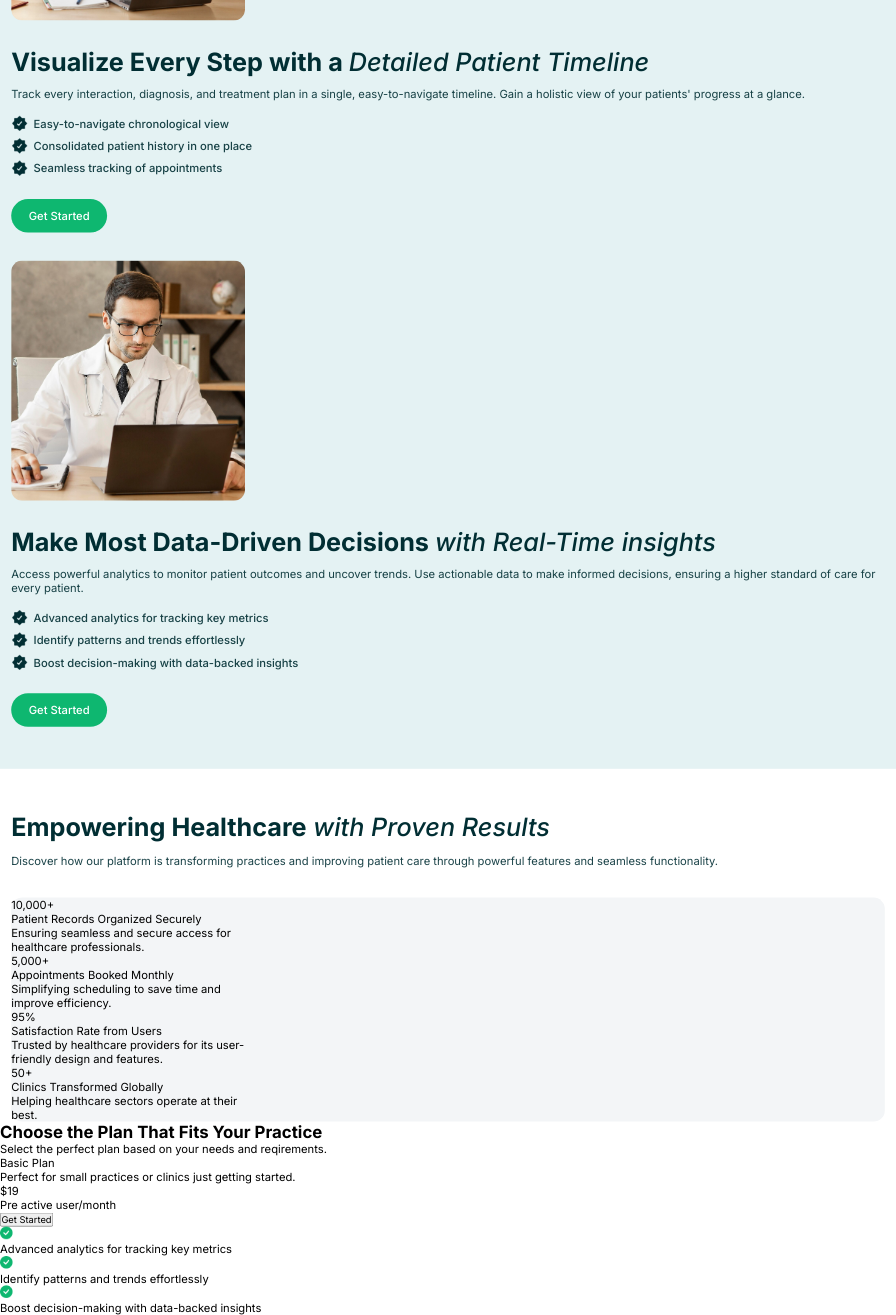
Repository: DiegoWWeege/recuperacao-prova-front-end
Page: index.html
An editor plug-in stored every save of this project. The page is shown before and after the next save, followed by the edit.
The browser window is 1280 px wide. The pictures show the part of the page from y = 1906 to 3826 px (the page is 3784 px tall before and 3826 px after), at 70% of full size.

Above is the page before, as saved 2026-06-22 19:06:52.

### index.html
<!DOCTYPE html>
<html lang="pt-br">
<head>
    <meta charset="UTF-8">
    <meta name="viewport" content="width=device-width, initial-scale=1.0">
    <title>ERTIFY HEALTH</title>
    <link rel="stylesheet" href="style.css">
</head>
<body>

    <!--Cabeçalho da Lading Page-->

    <header>
        <img src="images/logo.png" alt="Ertify Health logo">

        <section>
        <button aria-label = "Get Started" class = "get-started-button">Get Started</button>

            <img src="icons/burguer-menu.png" alt="Burguer menu">
        </section>
    </header>

    <!--Conteúdo principal da Lading Page-->
    <main class = "hero-section">

        <section>
            <h1>Simple & Secure Patient <span>Management</span></h1>
            <!-- Foi dado um espaço na palavra &amp, pois quando junta apresentava erro no html!-->
            <p>CERTIFY’s platform automates intake & amp; check-in processes
            so you can put the focus back on delivering quality care.</p>
        </section>

        <section id = "buttons-section">
            <button  aria-label = "Get Started" class = "get-started-button">Get Started</button>
            <button aria-label = "Play demo" class = "play-demo-button">Play Demo</button>
        </section>

        <img src="images/three-doctors.png" alt="Three doctors">
    </main>



    <section class = "section-patient-journey">
        <h2>Get a Proper Visualisation on <span>Patient Jouney</span></h2>

        <p>Understand and  manage your patients' healthcare journeys with
            clarity and precision. Our platform offers tools that provide
            actionable insights at every stage.</p>


        <section class = "image-text-benefits">

            <img src="images/doctor-xray.png" alt="A doctor sitting in his desk looking at an x-ray">

            <h2>Visualize Every Step with a <span>Detailed Patient Timeline</span></h2>

            <p>Track every interaction, diagnosis, and treatment
                plan in a single, easy-to-navigate
                timeline. Gain a holistic view of your patients'
                progress at a glance.</p>

            <section class = "benefits-grid">

                <img src="icons/checkmark-badge-02.png" alt="">
                <p class = "benefit">Easy-to-navigate chronological view</p>

                <img src="icons/checkmark-badge-02.png" alt="">
                <p class = "benefit">Consolidated patient history in one place</p>

                <img src="icons/checkmark-badge-02.png" alt="">
                <p class = "benefit">Seamless tracking of appointments</p>

            </section>

            <button  aria-label = "Get Started" class = "get-started-button">Get Started</button>

        </section>

        <section class = "image-text-benefits">

            <img src="images/doctor-laptop.png" alt="A doctor sitting in his desk looking at an x-ray">

            <h2>Make Most Data-Driven Decisions <span>with Real-Time insights</span></h2>

            <p>Access powerful analytics to monitor patient outcomes
                and uncover trends. Use actionable data
                 to make informed decisions, ensuring a higher standard
                 of care for every patient.</p>

            <section class = "benefits-grid">

                <img src="icons/checkmark-badge-02.png" alt="">
                <p class = "benefit">Advanced analytics for tracking key metrics</p>

                <img src="icons/checkmark-badge-02.png" alt="">
                <p class = "benefit">Identify patterns and trends effortlessly</p>

                <img src="icons/checkmark-badge-02.png" alt="">
                <p class = "benefit">Boost decision-making with data-backed insights</p>

            </section>

            <button  aria-label = "Get Started" class = "get-started-button">Get Started</button>

        </section>

    </section>

    <section class = "section-empowering-healthcare">
        <section class = "main-text">
            <h2>Empowering Healthcare<span> with Proven Results</span></h2>

        <p>Discover how our platform is transforming practices and improving
            patient care through powerful features and seamless functionality.</p>
        </section>

        <section class = "boxes-grid">
            <section class = "large-box">
                <p class = "first-p">10,000+</p>
                <p class = "second-p">Patient Records Organized Securely</p>

                <p class = "third-p">Ensuring seamless and secure access for healthcare professionals.</p>
            </section>

            <section class = "tiny-box">
                <p class = "first-p">5,000+</p>
                <p class = "second-p">Appointments Booked Monthly</p>

                <p class = "third-p">Simplifying scheduling to save time and improve efficiency.</p>
            </section>

            <section class = "large-box">
                <p class = "first-p">95%</p>
                <p class = "second-p">Satisfaction Rate from Users</p>

                <p>Trusted by healthcare providers for its user-friendly design and features.</p>
            </section>

            <section class = "tiny-box">
                <p>50+</p>
                <p>Clinics Transformed Globally</p>

                <p>Helping healthcare sectors operate at their best.</p>
            </section>
        </section>

    </section>


    <section id="plans-section">
        <h2>Choose the Plan That Fits <span>Your Practice</span></h2>

        <p>Select the perfect plan based on your needs and reqirements. </p>

        <section class = "white-plan">
            <p>Basic Plan</p>

            <p>Perfect for small practices or clinics just getting started.</p>

            <p>$19</p>

            <p>Pre active user/month</p>


            <button class = "blank-get-started-button">Get Started</button>

            <section class = "qualities-grid">

                <img src="icons/green-ok.png" alt="green-check-mark">
                <p class = "benefit">Advanced analytics for tracking key metrics</p>

                <img src="icons/green-ok.png" alt="green-check-mark">
                <p class = "benefit">Identify patterns and trends effortlessly</p>

                <img src="icons/green-ok.png" alt="green-check-mark">
                <p class = "benefit">Boost decision-making with data-backed insights</p>

            </section>
        </section>
    </section>
</body>
</html>

### style.css
@import url('https://fonts.googleapis.com/css2?family=Inter:ital,opsz,wght@0,14..32,100..900;1,14..32,100..900&family=Roboto:ital,wght@0,100..900;1,100..900&display=swap');

*{
    margin: 0px;
    padding: 0px;
    font-family: 'Inter', sans-serif;
}

img{
    object-fit: cover;
}

header{
    background-color: #012E33;
    width: 100vw;
    border-bottom: 1px solid #1A4347;
    display: grid;
    grid-template-columns: 1fr auto;
    align-items: center;
    padding: 1rem;
    box-sizing: border-box;
}

.get-started-button{
    background-color: #0EB770;
    color: white;
    font-size: 1rem;
    font-weight: 500;
    border-radius: 100px;
    height: 2.5rem;
    width: 8.063rem;
    border-style: none;
    justify-self: end;

}

header section{
    display: grid;
    grid-template-columns:auto auto;
    align-items: center;
    gap: 1rem;
}

.hero-section{
    background-color: #012E33;
    padding-top: 4.313rem;
    box-sizing: border-box;
}

.hero-section h1{
    font-family: "Inter" , sans-serif;
    font-size: 2.75rem;
    font-weight: 700;
    color: white;
    margin-bottom: 0.75rem;
    margin-left: 1.375rem;
    margin-right: 0.625rem;

}

.hero-section span{
    font-weight: 400;
    font-family: "Inter" , sans-serif;
    font-style: italic;
}

.hero-section p{
    color: rgba(255, 255, 255, 0.904);
    line-height: 1.625rem;
    margin-bottom: 4.313rem;
    margin-left: 1.375rem;
    margin-right: 0.625rem;
}

.hero-section #buttons-section button{
    width: 21.438rem;
    height: 3.5rem;
    margin-left: 1.375rem;
    margin-right: 0.625rem;
}

.hero-section #buttons-section .get-started-button{
    margin-bottom: 1rem;
}

.hero-section #buttons-section .play-demo-button{
    border: 1px solid #044046;
    border-radius: 100px;
    background: none;
    color: white;
    align-items: center;
    font-weight: 500;
    font-size: 16px;
}

.hero-section img{
    width: 100vw;
    margin-top: 2rem;
}

.section-patient-journey{
    background-color: #E4F2F3;
    padding-left: 1rem;
    padding-right: 1rem;
    padding-top: 3.75rem;
    padding-bottom: 3.75rem;
}

.section-patient-journey h2{
    font-family: "Inter" , sans-serif;
    font-weight: 700;
    font-size: 36px;
    line-height: 46px;
    color: #012E33;
    text-align: center;
}

.section-patient-journey span{
    font-weight: 500;
    font-style: italic;
}

.section-patient-journey p{
    color: #012e33e7;
    font-weight: 400;
    text-align: center;
    margin-top: 0.75rem;
}

.section-patient-journey img{
    height: 21.438rem;
    width: 20.875rem;
    border-radius: 1rem;
    margin-top: 2.5rem;
    margin-bottom: 2rem;
}

.section-patient-journey .image-text-benefits h2{
    text-align: start;
}

.section-patient-journey .image-text-benefits p{
    text-align:  start;
}

.image-text-benefits .benefits-grid{
    display: grid;
    grid-template-columns: auto 1fr;
    gap: 0.5rem;
    margin-top: 1.313rem;
    margin-bottom: 2rem;
}

.image-text-benefits .benefits-grid img{
    width: 1.5rem;
    height: 1.5rem;
    margin: 0px;

}

.image-text-benefits .benefits-grid p{
    margin: 0px;
    align-self: center;
    font-weight: 500;
}

.image-text-benefits .get-started-button{
    height: 3rem;
    width: 8.563rem;
}

.section-empowering-healthcare .main-text{
    margin-top: 3.75rem;
    margin-left: 1rem;
}

.section-empowering-healthcare .main-text h2{
    font-family: "Inter" , sans-serif;
    font-weight: 700;
    line-height: 46px;
    font-size: 36px;
    color: #012E33;
    margin-bottom: 0.75rem;
}

.section-empowering-healthcare .main-text span{
    font-weight: 500;
    font-style: italic;
}

.section-empowering-healthcare .main-text p{
    font-family: "Inter" , sans-serif;
    font-weight: 400;
    font-size: 16px;
    line-height: 26px;
    color: #012E33E5;
    margin-bottom: 2.5rem;

}

.section-empowering-healthcare .boxes-grid{
    display: grid;
    grid-template-columns: 21.438rem;
    background-color: #F3F5F7;
    border-radius: 16px;
    margin-left: 1rem;
    margin-right: 1rem;

.boxes-grid .first-box{
 margin-left: ;
}

After the next save:
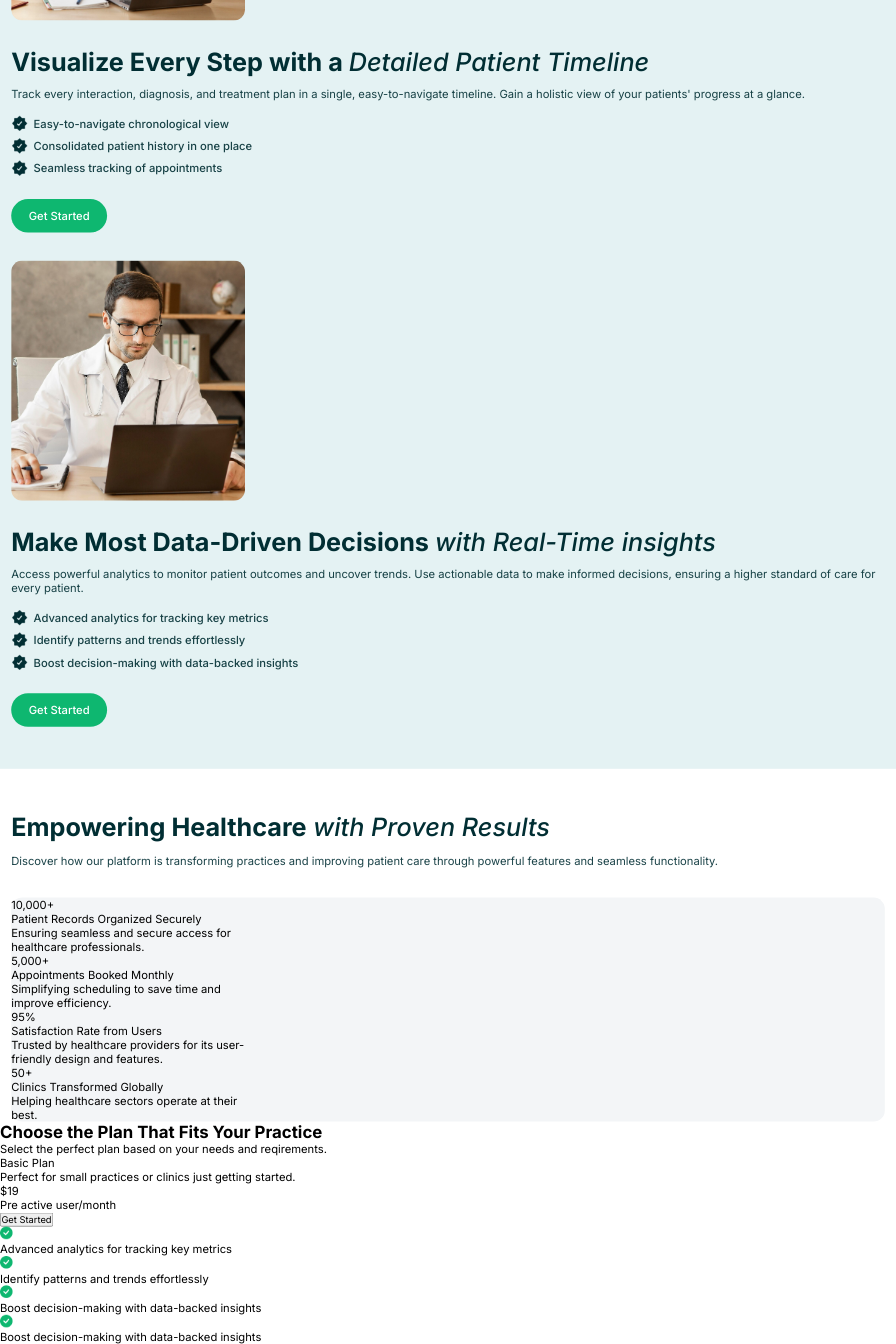
Saved 7 s later.
--- a/index.html
+++ b/index.html
@@ -133,7 +133,7 @@
                 <p class = "first-p">95%</p>
                 <p class = "second-p">Satisfaction Rate from Users</p>
 
-                <p>Trusted by healthcare providers for its user-friendly design and features.</p>
+                <p class = "">Trusted by healthcare providers for its user-friendly design and features.</p>
             </section>
 
             <section class = "tiny-box">
@@ -175,6 +175,9 @@
                 <img src="icons/green-ok.png" alt="green-check-mark">
                 <p class = "benefit">Boost decision-making with data-backed insights</p>
 
+                <img src="icons/green-ok.png" alt="green-check-mark">
+                <p class = "benefit">Boost decision-making with data-backed insights</p>
+
             </section>
         </section>
     </section>
